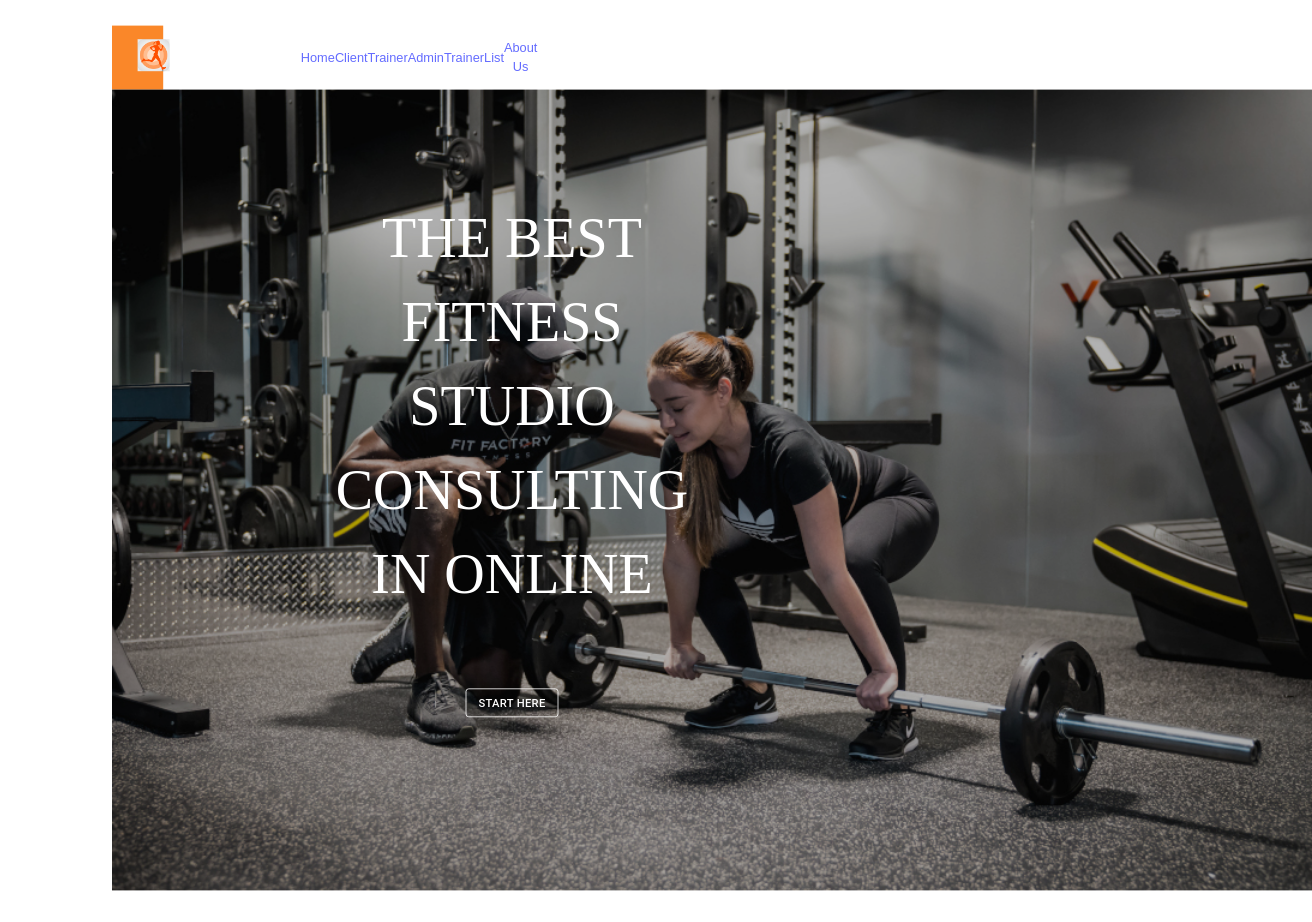
Repository: sarathraj2002/fitconnect
Page: / (app in Frontend/)
The author's editor kept a copy of each file at every save. The page is drawn from the files as they stood at one save, then again after the next save.
The browser window is 1280 px wide. The page is 1640 px wide, so the pictures cover 1640 px, including what lies to the right of the window. The pictures show the whole page, at 80% of full size.
The project was rebuilt for these pictures with package versions that can differ from the ones it lists, and the page was loaded fresh each time. Also part of the build but not shown: Frontend/vite.config.js, Frontend/src/components/ClientPage.jsx, Frontend/src/components/TrainerPage.jsx, Frontend/src/components/AdminPage.jsx, Frontend/src/components/TrainerListPage.jsx, Frontend/src/components/AboutUs.jsx.

Above is the page before, as saved 2024-11-08 22:27:57.

### Frontend/index.html
<!doctype html>
<html lang="en">
  <head>
    <meta charset="UTF-8" />
    <link rel="icon" type="image/svg+xml" href="/vite.svg" />
    <meta name="viewport" content="width=device-width, initial-scale=1.0" />
    <title>FitConnect</title>
  </head>
  <body>
    <div id="root"></div>
    <script type="module" src="/src/main.jsx"></script>
  </body>
</html>

### Frontend/src/App.jsx
import React from 'react';
import { useState } from 'react'
import './App.css'
import { Route, Routes } from 'react-router-dom';
import NavBar from './components/NavBar';
import ClientPage from './components/ClientPage';
import TrainerPage from './components/TrainerPage';
import AdminPage from './components/AdminPage';
import TrainerListPage from './components/TrainerListPage';
import AboutUs from './components/AboutUs.jsx';
import Home from './components/Home.jsx';

function App() {
  const [count, setCount] = useState(0)

  return (
    <>


      <NavBar />
      <Routes>
        <Route path="/" element={<Home />}></Route>
        <Route path="/client" element={<ClientPage />}></Route>
        <Route path="/trainer" element={<TrainerPage />} ></Route>
        <Route path="/admin" element={<AdminPage />}></Route>
        <Route path="/trainerlist" element={<TrainerListPage />}></Route>
        <Route path="/about" element={<AboutUs />}></Route>
      </Routes>



    </>
  )
}

export default App

### Frontend/src/components/Navbar.jsx
import React from 'react';
import { Link } from 'react-router-dom';
import './navbar.css';
import { assets } from '../assets/assets';
const Navbar = () => {
  return (
     <nav className="navbar">
    {/* Logo */}
    <div className="navbar-logo">
      <img src={assets.logo} alt="Logo" />
    </div>
    <div className='head'>
      FitConnect
    </div>


        <Link to="/">Home</Link>
        <Link to="/client">Client</Link>
        <Link to="/trainer">Trainer</Link>
        <Link to="/admin">Admin</Link>
        <Link to="/trainerlist">TrainerList</Link>
        <Link to="/about">About Us</Link>

    </nav>
  );
};

export default Navbar;

### Frontend/src/components/Home.jsx
import React from 'react'
import { assets } from '../assets/assets'

import Button from '@mui/material/Button';

import { Stack } from '@mui/material';
const Home = () => {
  return (

    <>

    <div className='img' style={{ position: 'relative', textAlign: 'center' }}>

    <img
      style={{  width: '150%',filter: 'brightness(70%)' }}
      src={assets.head1}
      alt=""
    />
    <p
      style={{
        position: 'absolute',
        top: '50%',
        left: '50%',
        transform: 'translate(-50%, -50%)',
        color: 'white',
        fontSize: '70px',

        fontFamily:'fantasy'
      }}
    >
      THE BEST FITNESS STUDIO CONSULTING IN ONLINE
      <Stack spacing={2} direction="row" alignItems="center"
      justifyContent="center"
      style={{ height: '30vh' }} >

      <Button variant="outlined" sx={{ color: 'white', borderColor: 'white' }}>START HERE</Button>
    </Stack>

    </p>




    </div>

    </>
  )
}

export default Home;

### Frontend/src/components/Navbar.css
.head{
    font-size:xx-large;
    margin-right: 60%;
    font-family:Georgia, 'Times New Roman', Times, serif;

}
* {
    margin: 0;
    padding: 0;
    box-sizing: border-box;
  }

  body {
    font-family: Arial, sans-serif;
  }

  .navbar {
    display: flex;
    align-items: center;
    justify-content: space-between;
    background-color: #fa8729;
    padding: 1rem 2rem ;
    color: white;
    position: relative;
    width:0%
  }

  .navbar-logo img {
    height: 40px; /* Adjust height as needed */
    width: auto;
  }

  .navbar-links {
    list-style: none;
    display: flex;
    gap: 1.5rem;
  }

  .navbar-links li {
    cursor: pointer;
    color: white;
    font-size: 1rem;
    transition: color 0.3s ease;
  }

  .navbar-links li:hover {
    color: #ec7819;
  }

  .navbar-button {
    padding: 0.5rem 1.5rem;
    border: none;
    background-color: #fa8729;
    color: white;
    border-radius: 5px;
    cursor: pointer;
    transition: background-color 0.3s ease;
  }

  .navbar-button:hover {
    background-color: #e76f51;
  }


  .navbar-toggle {
    display: none;
    font-size: 1.5rem;
    color: white;
    cursor: pointer;
  }


  @media (max-width: 768px) {
    .navbar-links {
      display: none;
      position: absolute;
      top: 60px;
      right: 20px;
      background-color: #333;
      flex-direction: column;
      padding: 1rem;
      gap: 1rem;
      border-radius: 5px;
    }

    .navbar-links.open {
      display: flex;
    }

    .navbar-toggle {
      display: block;
    }
  }

### Frontend/src/assets/assets.js
import logo from './logo.png';
import head1 from './head1.png'

export const assets={
    logo,
    head1
};

Loaded but not shown: Frontend/src/main.jsx (common file); Frontend/src/index.css (common file); Frontend/src/App.css (common file)

After the next save:
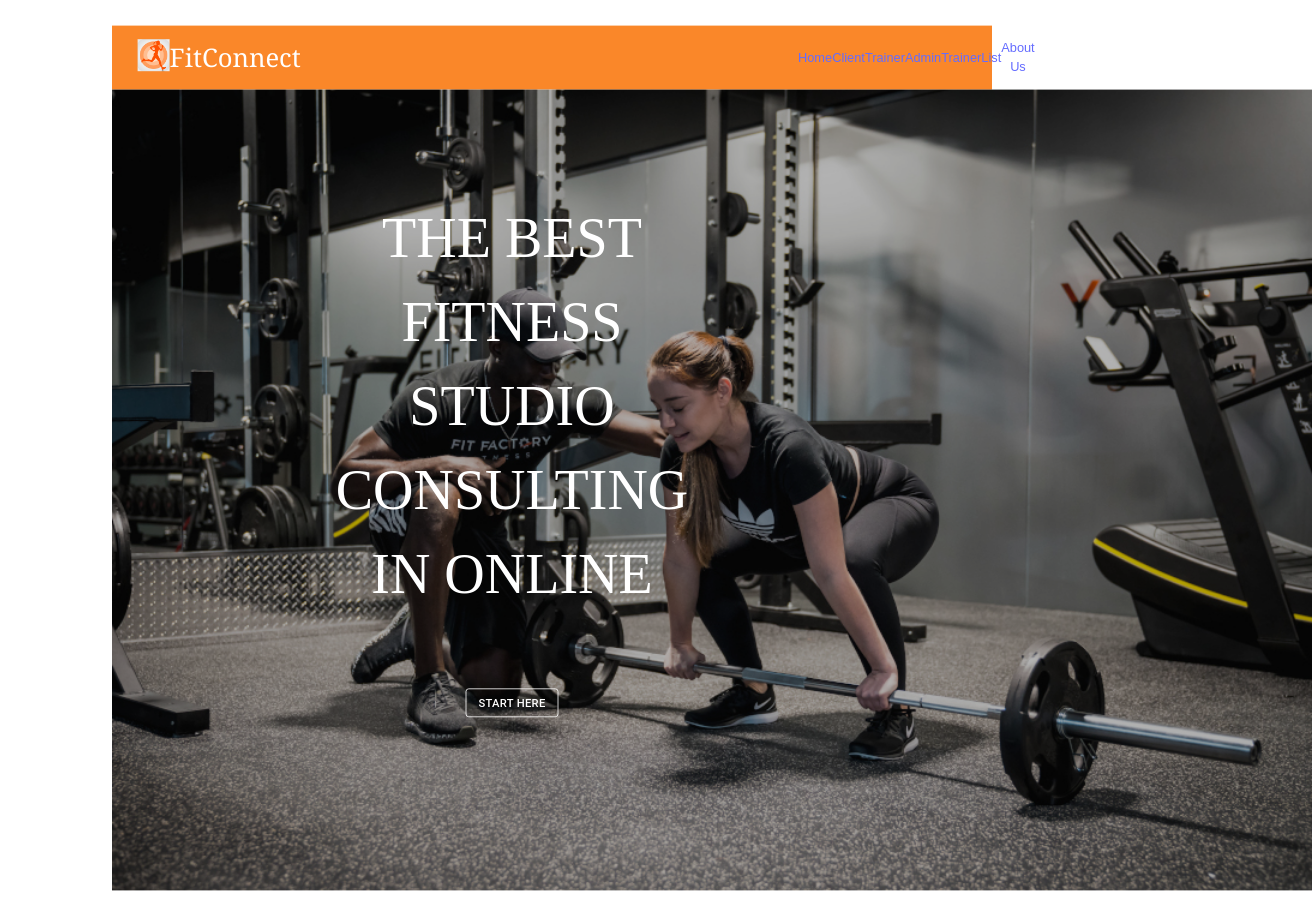
Saved 5 s later.
--- a/Frontend/src/components/Navbar.css
+++ b/Frontend/src/components/Navbar.css
@@ -22,7 +22,7 @@
     padding: 1rem 2rem ;
     color: white;
     position: relative;
-    width:0%
+    width:110%
   }
 
   .navbar-logo img {
